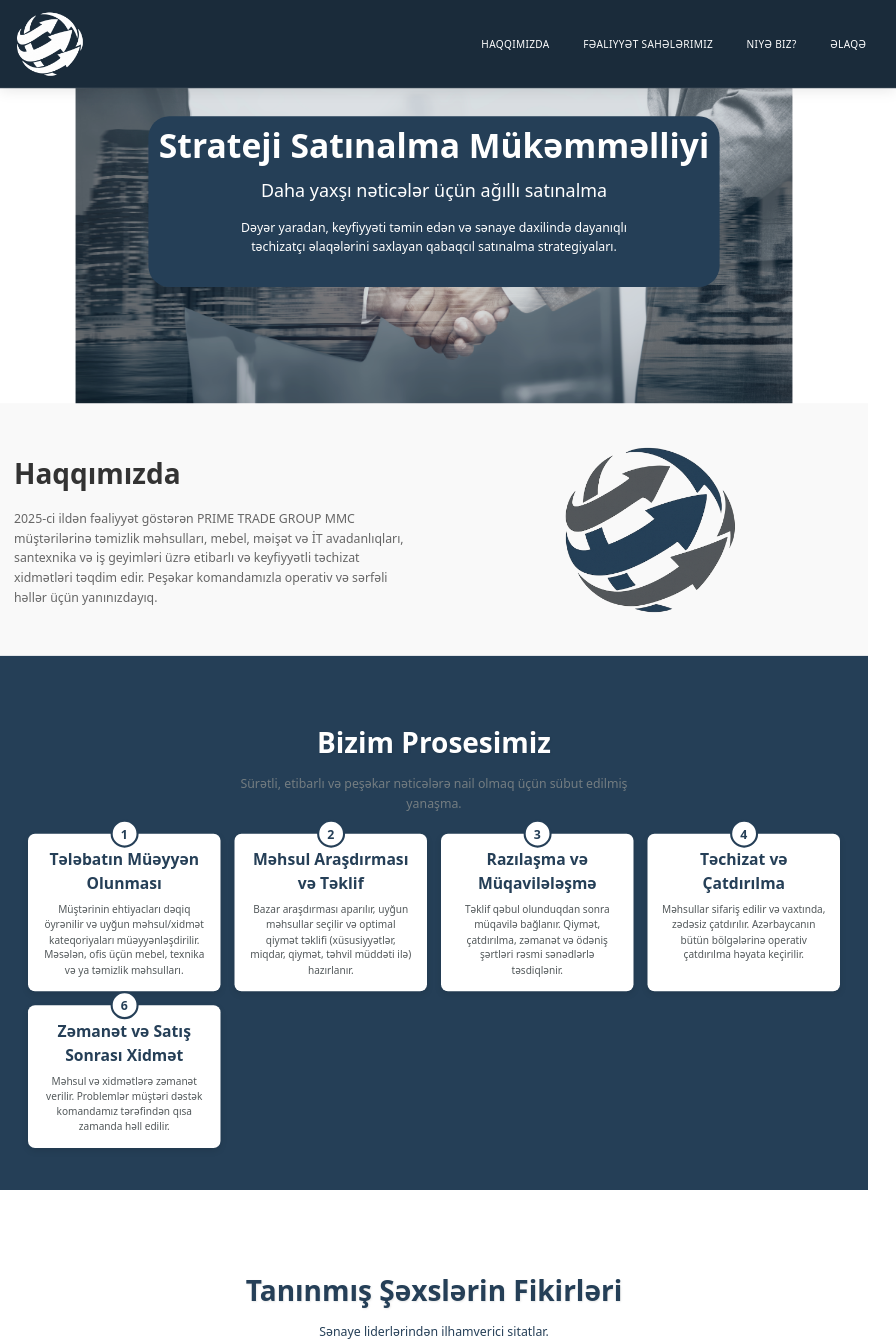
Repository: ferhadsultan98/primetradegroup
Page: /
These files come from the project's save history. The page is drawn as it stood at one moment and after the next save; the edit follows.
The browser window is 1280 px wide. The pictures show the part of the page from y = 0 to 1920 px (the page is 4893 px tall before and 4953 px after), at 70% of full size.
The page's requests for data from a server got no answer. The project was rebuilt for these pictures with package versions that can differ from the ones it lists, and the page was loaded fresh each time. No one was signed in, and anything a server would have sent is missing. Also part of the build but not shown: vite.config.js, src/Components/Mainlayout/MainLayout.scss, src/Pages/About/About.scss, src/Components/SectionHeader/SectionHeader.scss, src/Components/BreadCrumb/BreadCrumb.scss, src/Components/BreadCrumb/BreadCrumb.jsx, src/Components/SectionHeader/SectionHeader.jsx, src/Pages/About/About.jsx and 21 more.

Above is the page before, as saved 2025-08-09 15:19:32.

### index.html
<!doctype html>
<html lang="en">
 <head>
  <meta charset="UTF-8" />
  <meta name="viewport" content="width=device-width, initial-scale=1.0" />
  <title>PRIME TRADE GROUP</title>
  <link rel="shortcut icon" href="./public/assets/ptglogo.png" type="image/x-icon" />

  <!-- SEO Keywords: Procurement, Supply Chain, Tender (AZ, EN, RU) -->
  <meta name="keywords" content="
    satınalma, tender, təchizat zənciri, logistika, dövlət satınalmaları, idxal-ixrac, müqavilə idarəetməsi, anbarda idarəetmə,
    procurement, public procurement, supply chain, tenders, logistics, contract management, import-export, sourcing,
    закупки, тендеры, логистика, цепочка поставок, государственные закупки, импорт, контрактное управление
  " />


  <meta name="description" content="PRIME TRADE GROUP — satınalma, tender idarəçiliyi, təchizat və logistika sahəsində peşəkar xidmətlər təklif edən qabaqcıl şirkətdir." />


  <meta name="author" content="PRIME TRADE GROUP" />


  <meta name="robots" content="index, follow" />


  <meta property="og:title" content="PRIME TRADE GROUP" />
  <meta property="og:description" content="Satınalma, tender, təchizat və logistika sahəsində peşəkar həllər." />
  <meta property="og:image" content="https://primetradegroup.az/assets/lightlogo-C0YSJfqf.png" />
  <meta property="og:url" content="https://primetradegroup.com" />
  <meta property="og:type" content="website" />
  <meta property="og:locale" content="az_AZ" />


  <meta name="twitter:card" content="summary_large_image" />
  <meta name="twitter:title" content="PRIME TRADE GROUP" />
  <meta name="twitter:description" content="Tender və satınalma sahəsində güvənli partnyorunuz." />
  <meta name="twitter:image" content="https://example.com/preview-image.png" />
</head>

  <body>
    <div id="root"></div>
    <script type="module" src="/src/main.jsx"></script>
  </body>
</html>

### src/Components/Mainlayout/Mainlayout.jsx
import React from 'react';
import Header from '../Common/Header/Header';
import Footer from '../Common/Footer/Footer';
import './MainLayout.scss'

const MainLayout = ({ children }) => {
  return (
    <div>
      <Header />
     <main className='mainLayout'>{children}</main>
      <Footer />
    </div>
  );
};

export default MainLayout;

### src/Components/ScrollTopBtn/ScrollTopBtn.jsx
import React, { useState, useEffect } from 'react';
import { FaArrowUp } from 'react-icons/fa';
import './ScrollTopBtn.scss';

const ScrollTopBtn = () => {
  const [isVisible, setIsVisible] = useState(false);

  // Show button when page is scrolled down
  useEffect(() => {
    const toggleVisibility = () => {
      if (window.pageYOffset > 300) {
        setIsVisible(true);
      } else {
        setIsVisible(false);
      }
    };

    window.addEventListener('scroll', toggleVisibility);
    return () => window.removeEventListener('scroll', toggleVisibility);
  }, []);

  // Scroll to top smoothly
  const scrollToTop = () => {
    window.scrollTo({
      top: 0,
      behavior: 'smooth',
    });
  };

  return (
    <div className={`scroll-to-top ${isVisible ? 'visible' : ''}`}>
      <button onClick={scrollToTop} aria-label="Scroll to top">
        <FaArrowUp />
      </button>
    </div>
  );
};

export default ScrollTopBtn;

### src/App.css
@import url('https://fonts.googleapis.com/css2?family=Montserrat+Alternates:ital,wght@0,100;0,200;0,300;0,400;0,500;0,600;0,700;0,800;0,900;1,100;1,200;1,300;1,400;1,500;1,600;1,700;1,800;1,900&family=Quicksand:wght@300..700&display=swap');

body {
  /* font-family: 'Montserrat Alternates', 'Quicksand', sans-serif; */
font-family: system-ui, -apple-system, BlinkMacSystemFont, 'Segoe UI', Roboto, Oxygen, Ubuntu, Cantarell, 'Open Sans', 'Helvetica Neue', sans-serif;
  margin: 0;
  padding: 0;
   /* background: linear-gradient(90deg, #253f57 0%, #253f57 100%); */
}
*{
    margin: 0;
    padding: 0;
    box-sizing: border-box;
}
/* body{

      font-family: 'Montserrat Alternates', 'Quicksand', sans-serif;
} */
 /* Webkit tabanlı tarayıcılar (Chrome, Safari, Edge) için */
::-webkit-scrollbar {
    width: 45px; /* Kaydırma çubuğu genişliği */

}

::-webkit-scrollbar-track {
    background: transparent; /* Parça arka planı saydam */
}

::-webkit-scrollbar-thumb {
    background: #1a2b3a; /* Kaydırma çubuğu rengi */
    border-radius: 10px; /* Yuvarlak kenarlar */
}

::-webkit-scrollbar-thumb:hover {
    background: #2c3e50; /* Üzerine gelindiğinde daha açık renk (opsiyonel) */
}

::-webkit-scrollbar-button {
    display: none !important; /* Okları zorla gizler */
    width: 0; /* Genişlik sıfır */
    height: 0; /* Yükseklik sıfır */
}

/* Firefox için */
* {
    scrollbar-width: thin; /* İnce kaydırma çubuğu */
    scrollbar-color: #1a2b3a transparent; /* Kaydırma çubuğu rengi ve saydam arka plan */
}

/* Ekstra güvenlik için tüm elementlerde okları kaldırma */
html, body, div, section, article, aside, main {
    scrollbar-width: thin;
    scrollbar-color: #1a2b3a transparent;
}
button{
    outline: none;
}

### src/Components/ScrollTopBtn/ScrollTopBtn.scss
.scroll-to-top {
  position: fixed;
  bottom: 20px;
  right: 20px;
  opacity: 0;
  visibility: hidden;
  transition: all 0.3s ease-in-out;
  z-index: 1;

  &.visible {
    opacity: 1;
    visibility: visible;
  }

  button {
    background: linear-gradient(135deg, #253f57 0%, #52585a 100%);
    color: white;
    border: none;
    border-radius: 50%;
    width: 50px;
    height: 50px;
    cursor: pointer;
    display: flex;
    align-items: center;
    justify-content: center;
    box-shadow: 0 2px 5px rgba(0, 0, 0, 0.2);
    transition: background-color 0.3s ease, transform 0.3s ease;

    svg {
      font-size: 20px;
    }

    &:hover {
      background-color: white;
      transform: scale(1.1);
    }

    &:focus {
      outline: none;
      box-shadow: 0 0 0 3px rgba(0, 123, 255, 0.3);
    }
  }
}

### src/Pages/Home/HomeSection.scss
.homeSection {
  position: relative;
  width: 100%;
  overflow: hidden;
  background: #ffffff;

  .HeroSectioncontentWrapper {
    max-width: 1200px;
    padding: 0 20px;
    margin: 0 auto;
  }

  .sectionTitle {
    font-size: 2.5rem;
    font-weight: 700;
    color: #253f57;
    text-align: center;
    margin: 40px 0 20px;
  }

  .sectionDescription {
    font-size: 1.1rem;
    color: #52585a;
    text-align: center;
    max-width: 600px;
    margin: 0 auto 30px;
  }

  .sliderContainer {
    position: relative;
    width: 80vw;
    height: 80vh;
    margin: 0 auto;
    padding: 180px 0;

    .slideItem {
      position: absolute;
      top: 0;
      left: 0;
      width: 100%;
      height: 100%;
      opacity: 0;
      transition: opacity 1.2s ease-in-out;
      display: flex;
      align-items: center;
      justify-content: center;

      &.slideActive {
        opacity: 1;
      }

      .slideImage {
        width: 100%;
        height: 100%;
        object-fit: cover;
        position: absolute;
        top: 0;
        left: 0;
        z-index: 1;
      }

      .slideOverlay {
        position: absolute;
        top: 0;
        left: 0;
        width: 100%;
        height: 100%;
        background: rgba(37, 63, 87, 0.15);
        display: flex;
        align-items: center;
        justify-content: center;
        z-index: 2;

        .HeroSectioncontentWrapper {
          .slideContent {
            text-align: center;
            color: #ffffff;
            animation: slideContentFadeIn 1.5s ease-out;
            background: #253f57;
            padding: 15px;
            border-radius: 30px;


            .slideTitle {
              font-size: 3rem;
              font-weight: 700;
              margin: 0 0 20px;
            }

            .slideSubtitle {
              font-size: 1.6rem;
              font-weight: 300;
              margin: 0 0 20px;
            }

            .slideDescription {
              font-size: 1.1rem;
              max-width: 600px;
              margin: 0 auto 30px;
            }
          }
        }
      }
    }
  }

  @keyframes slideContentFadeIn {
    0% {
      opacity: 0;
      transform: translateY(30px);
    }
    100% {
      opacity: 1;
      transform: translateY(0);
    }
  }

  @media screen and (max-width: 768px) {
    .HeroSectioncontentWrapper {
      padding: 0 15px;
    }

    .sectionTitle {
      font-size: 2rem;
    }

    .sectionDescription {
      font-size: 1rem;
    }

    .sliderContainer {
      .slideItem {
        .slideOverlay {
          .HeroSectioncontentWrapper {
            .slideContent {
              .slideTitle {
                font-size: 2.5rem;
              }

              .slideSubtitle {
                font-size: 1.4rem;
              }

              .slideDescription {
                font-size: 1rem;
              }
            }
          }
        }
      }
    }
  }

  @media screen and (max-width: 480px) {
    .sectionTitle {
      font-size: 1.8rem;
    }

    .sectionDescription {
      font-size: 0.9rem;
    }

    .sliderContainer {
      .slideItem {
        .slideOverlay {
          .HeroSectioncontentWrapper {
            .slideContent {
              .slideTitle {
                font-size: 2rem;
              }

              .slideSubtitle {
                font-size: 1.2rem;
              }

              .slideDescription {
                font-size: 0.9rem;
              }
            }
          }
        }
      }
    }
  }

  @media screen and (min-width: 1440px) {
    .HeroSectioncontentWrapper {
      max-width: 1400px;
      padding: 0 40px;
    }

    .sectionTitle {
      font-size: 3rem;
    }

    .sectionDescription {
      font-size: 1.2rem;
    }

    .sliderContainer {
      .slideItem {
        .slideOverlay {
          .HeroSectioncontentWrapper {
            .slideContent {
              .slideTitle {
                font-size: 3.5rem;
              }

              .slideSubtitle {
                font-size: 1.8rem;
              }

              .slideDescription {
                font-size: 1.2rem;
              }
            }
          }
        }
      }
    }
  }
}

### src/Pages/Home/TestimonialSection/TestimonialSection.jsx
import React from 'react';
import './TestimonialSection.scss';

const TestimonialsSection = () => {
  const testimonials = [
    {
      quote: "Keyfiyyət təsadüf deyil, daim ağıllı səylərin nəticəsidir.",
      author: "John Ruskin"
    },
    {
      quote: "Etibar – qazanılması çətin, itirilməsi isə ani olan ən dəyərli kapitaldır.",
      author: "Warren Buffett"
    },
    {
      quote: "Təchizat zənciri işləri çox mürəkkəbdir.",
      author: "Elon Musk"
    }
  ];

  return (
    <section className="testimonialsSection">
      <div className="contentWrapper">
        <h2 className="sectionTitle">Tanınmış Şəxslərin Fikirləri</h2>
        <p className="sectionDescription">Sənaye liderlərindən ilhamverici sitatlar.</p>
        <div className="testimonialsGrid">
          {testimonials.map((testimonial, index) => (
            <div key={index} className="testimonialCard">
              <p className="testimonialQuote">{testimonial.quote}</p>
              <p className="testimonialAuthor">{testimonial.author}</p>
            </div>
          ))}
        </div>
      </div>
    </section>
  );
};

export default TestimonialsSection;

### src/Pages/Home/CTASection/CTASection.jsx
import React from "react";
import "./CTASection.scss";
import { useTranslation } from "react-i18next"
import { Link } from "react-router-dom";

const CTASection = () => {

  const { t } = useTranslation();

  return (
    <div className="ctaSection">
      <div className="ctaContent">
        <div className="ctaTitle">{t("contact.cta.title")}</div>
        <div className="ctaText">{t("contact.cta.text")}</div>
        <div className="ctaButtons">
          <Link to='' className="ctaButtonPrimary">
            {t("contact.cta.buttons.consultation")}
          </Link>
          <Link className="ctaButtonSecondary">
            {t("contact.cta.buttons.quote")}
          </Link>
        </div>
      </div>
    </div>
  );
};

export default CTASection;

### src/Pages/Home/ProcessSection/ProcessSection.jsx
import React from "react";
import "./ProcessSection.scss";

const ProcessSection = () => {
  const processData = {
    title: "Bizim Prosesimiz",
    description: "Sürətli, etibarlı və peşəkar nəticələrə nail olmaq üçün sübut edilmiş yanaşma.",
    steps: {
      demandIdentification: {
        step: "1",
        title: "Tələbatın Müəyyən Olunması",
        description: "Müştərinin ehtiyacları dəqiq öyrənilir və uyğun məhsul/xidmət kateqoriyaları müəyyənləşdirilir. Məsələn, ofis üçün mebel, texnika və ya təmizlik məhsulları."
      },
      productResearch: {
        step: "2",
        title: "Məhsul Araşdırması və Təklif",
        description: "Bazar araşdırması aparılır, uyğun məhsullar seçilir və optimal qiymət təklifi (xüsusiyyətlər, miqdar, qiymət, təhvil müddəti ilə) hazırlanır."
      },
      agreement: {
        step: "3",
        title: "Razılaşma və Müqavilələşmə",
        description: "Təklif qəbul olunduqdan sonra müqavilə bağlanır. Qiymət, çatdırılma, zəmanət və ödəniş şərtləri rəsmi sənədlərlə təsdiqlənir."
      },
      supplyDelivery: {
        step: "4",
        title: "Təchizat və Çatdırılma",
        description: "Məhsullar sifariş edilir və vaxtında, zədəsiz çatdırılır. Azərbaycanın bütün bölgələrinə operativ çatdırılma həyata keçirilir."
      },

      warrantyService: {
        step: "6",
        title: "Zəmanət və Satış Sonrası Xidmət",
        description: "Məhsul və xidmətlərə zəmanət verilir. Problemlər müştəri dəstək komandamız tərəfindən qısa zamanda həll edilir."
      }
    }
  };

  return (
    <div className="processSection">
      <div className="contentWrapper">
        <h2 className="sectionTitle">{processData.title}</h2>
        <p className="sectionDescription">{processData.description}</p>
        <div className="processGrid">
          {Object.keys(processData.steps).map((key, index) => (
            <div key={index} className="processCard">
              <div className="stepNumber">{processData.steps[key].step}</div>
              <h3 className="cardTitle">{processData.steps[key].title}</h3>
              <p className="cardDescription">{processData.steps[key].description}</p>
            </div>
          ))}
        </div>
      </div>
    </div>
  );
};

export default ProcessSection;

### src/Pages/Home/HomeAbout/HomeAbout.jsx
import React from 'react';
import './HomeAbout.scss';
import PTGLogo from '../../../../public/assets/ptglogo.png'

const HomeAbout = () => {
  return (
    <section className="homeAboutSection">
      <div className="homeAboutContainer">
        <div className="homeAboutContent">
          <h2 className="homeAboutTitle">Haqqımızda</h2>
          <p className="homeAboutDescription">
            2025-ci ildən fəaliyyət göstərən PRIME TRADE GROUP MMC müştərilərinə təmizlik
            məhsulları, mebel, məişət və İT avadanlıqları, santexnika və iş geyimləri üzrə
            etibarlı və keyfiyyətli təchizat xidmətləri təqdim edir. Peşəkar komandamızla
            operativ və sərfəli həllər üçün yanınızdayıq.
          </p>
        </div>
        <div className="homeAboutImageWrapper">
          <img src={PTGLogo} alt="PRIME TRADE GROUP" className="homeAboutImage" />
        </div>
      </div>
    </section>
  );
};

export default HomeAbout;

### src/Pages/Home/ProcessSection/ProcessSection.scss
.processSection {
  padding: 60px 0;
  background: #253f57;

  .contentWrapper {
    max-width: 1200px;
    padding: 0 20px;
    margin: 0 auto;
  }

  .sectionTitle {
    font-size: 2.5rem;
    font-weight: 700;
    color: #ffffff;
    text-align: center;
    margin: 40px 0 20px;
  }

  .sectionDescription {
    font-size: 1.1rem;
    color: #747d81;
    text-align: center;
    max-width: 600px;
    margin: 0 auto 30px;
  }

  .processGrid {
    display: grid;
    grid-template-columns: repeat(auto-fit, minmax(220px, 1fr));
    gap: 20px;

    .processCard {
      background: #ffffff;
      padding: 20px;
      border-radius: 10px;
      box-shadow: 0 4px 10px rgba(0, 0, 0, 0.1);
      text-align: center;
      position: relative;
      transition: transform 0.3s ease;

      &:hover {
        transform: translateY(-5px);
      }

      .stepNumber {
        position: absolute;
        top: -20px;
        left: 50%;
        transform: translateX(-50%);
        background: #ffffff;
        color: #253f57;
        width: 40px;
        height: 40px;
        border-radius: 50%;
        display: flex;
        align-items: center;
        justify-content: center;
        font-size: 1.1rem;
        font-weight: 600;
        border: 3px solid #253f57;
      }

      .cardTitle {
        font-size: 1.4rem;
        font-weight: 600;
        color: #253f57;
        margin-bottom: 10px;
      }

      .cardDescription {
        font-size: 0.9rem;
        color: #52585a;
      }
    }
  }

  @media screen and (max-width: 768px) {
    .contentWrapper {
      padding: 0 15px;
    }

    .sectionTitle {
      font-size: 2rem;
    }

    .sectionDescription {
      font-size: 1rem;
    }

    .processSection {
      padding: 40px 0;
    }

    .processGrid .processCard {
      padding: 15px;
    }
  }

  @media screen and (max-width: 480px) {
    .sectionTitle {
      font-size: 1.8rem;
    }

    .sectionDescription {
      font-size: 0.9rem;
    }

    .processGrid .processCard {
      .cardTitle {
        font-size: 1.2rem;
      }

      .cardDescription {
        font-size: 0.85rem;
      }
    }
  }

  @media screen and (min-width: 1440px) {
    .contentWrapper {
      max-width: 1400px;
      padding: 0 40px;
    }

    .sectionTitle {
      font-size: 3rem;
    }

    .sectionDescription {
      font-size: 1.2rem;
    }
  }
}

### src/Pages/Home/HomeAbout/HomeAbout.scss
.homeAboutSection {
  padding: 60px 20px;
  background-color: #f9f9f9;
}

.homeAboutContainer {
  max-width: 1200px;
  margin: 0 auto;
  display: flex;
  flex-direction: row;
  align-items: center;
  gap: 40px;
}

.homeAboutContent {
  flex: 1;
}

.homeAboutTitle {
  font-size: 2.5rem;
  font-weight: 700;
  color: #333;
  margin-bottom: 20px;
}

.homeAboutDescription {
  font-size: 1.1rem;
  line-height: 1.6;
  color: #666;
}

.homeAboutImageWrapper {
  flex: 1;
  display: flex;
  justify-content: center;
  align-items: center;
}

.homeAboutImage {
  width: 100%;
  max-width: 250px; /* Reduced size for desktop */
  height: auto;
  border-radius: 8px;
  object-fit: contain;
}

@media (max-width: 768px) {
  .homeAboutContainer {
    flex-direction: column;
    gap: 20px;
  }

  .homeAboutContent {
    text-align: center;
  }

  .homeAboutTitle {
    font-size: 2rem;
  }

  .homeAboutDescription {
    font-size: 1rem;
  }

  .homeAboutImageWrapper {
    width: 100%;
    max-width: 400px;
  }

  .homeAboutImage {
    max-width: 200px; /* Reduced size for tablets */
  }
}

@media (max-width: 480px) {
  .homeAboutSection {
    padding: 40px 15px;
  }

  .homeAboutTitle {
    font-size: 1.8rem;
  }

  .homeAboutDescription {
    font-size: 0.9rem;
  }

  .homeAboutImageWrapper {
    width: 100%;
  }

  .homeAboutImage {
    max-width: 150px; /* Reduced size for mobile */
  }
}

### src/Pages/Home/FAQSection/FAQSection.scss
.faqContainer {
  line-height: 1.6;
  color: #333;
  background: #253f57;

  .HomeFAQcontainerWrapper {
    margin: 0 auto;
    padding: 60px;
    max-width: 1200px;
  }

  .faqSection {
    .sectionTitle {
      text-align: center;
      font-size: 2.5rem;
      color: #ffffff;
      font-weight: 600;
      margin-bottom: 60px;
    }

    .faqList {
      display: flex;
      flex-direction: column;
      gap: 20px;

      .faqCard {
        background: white;
        padding: 30px;
        border-radius: 12px;
        box-shadow: 0 8px 30px rgba(37, 63, 87, 0.1);
        transition: transform 0.3s ease, box-shadow 0.3s ease;
        border-top: 4px solid #1a2b3a;

        &:hover {
          transform: translateY(-5px);
          box-shadow: 0 15px 40px rgba(37, 63, 87, 0.15);
        }

        .faqHeader {
          display: flex;
          justify-content: space-between;
          align-items: center;
          cursor: pointer;

          .faqQuestion {
            font-size: 1.3rem;
            color: #253f57;
            font-weight: 600;
            margin: 0;
            flex: 1;
          }

          .faqIcon {
            width: 24px;
            height: 24px;
            color: #253f57;
            flex-shrink: 0;
          }
        }

        .faqContent {
          margin-top: 20px;

          .faqAnswer {
            font-size: 1rem;
            color: #666;
            line-height: 1.7;
          }
        }
      }
    }
  }

  @media (max-width: 768px) {
    .HomeFAQcontainerWrapper {
      padding: 30px 15px;
    }

    .faqSection {
      .sectionTitle {
        font-size: 2rem;
      }

      .faqList {
        gap: 15px;

        .faqCard {
          padding: 20px;
        }
      }
    }
  }

  @media (max-width: 480px) {
    .HomeFAQcontainerWrapper {
      padding: 20px 10px;
    }

    .faqSection {
      .sectionTitle {
        font-size: 1.8rem;
        margin-bottom: 40px;
      }

      .faqList {
        .faqCard {
          padding: 15px;

          .faqHeader {
            .faqQuestion {
              font-size: 1.1rem;
            }
          }

          .faqContent {
            .faqAnswer {
              font-size: 0.9rem;
            }
          }
        }
      }
    }
  }
}

Loaded but not shown: src/main.jsx (common file); src/index.css (common file); src/Languages/RU/RU.json (385 lines, source omitted); src/Languages/EN/EN.json (385 lines, source omitted); src/Languages/AZ/AZ.json (361 lines, source omitted); src/Languages/i18n.js (38 lines, source omitted); src/Components/Common/Header/Header.scss (355 lines, source omitted); src/Components/Common/Footer/Footer.scss (331 lines, source omitted); src/Components/Common/Header/Header.jsx (149 lines, source omitted); src/Components/Common/Footer/Footer.jsx (128 lines, source omitted); src/Pages/Home/FAQSection/FAQSection.jsx (83 lines, source omitted); src/Pages/Home/HomeSection.jsx (97 lines, source omitted); src/App.jsx (122 lines, source omitted); src/Pages/Home/CTASection/CTASection.scss (132 lines, source omitted); src/Pages/Home/TestimonialSection/TestimonialSection.scss (173 lines, source omitted)

After the next save:
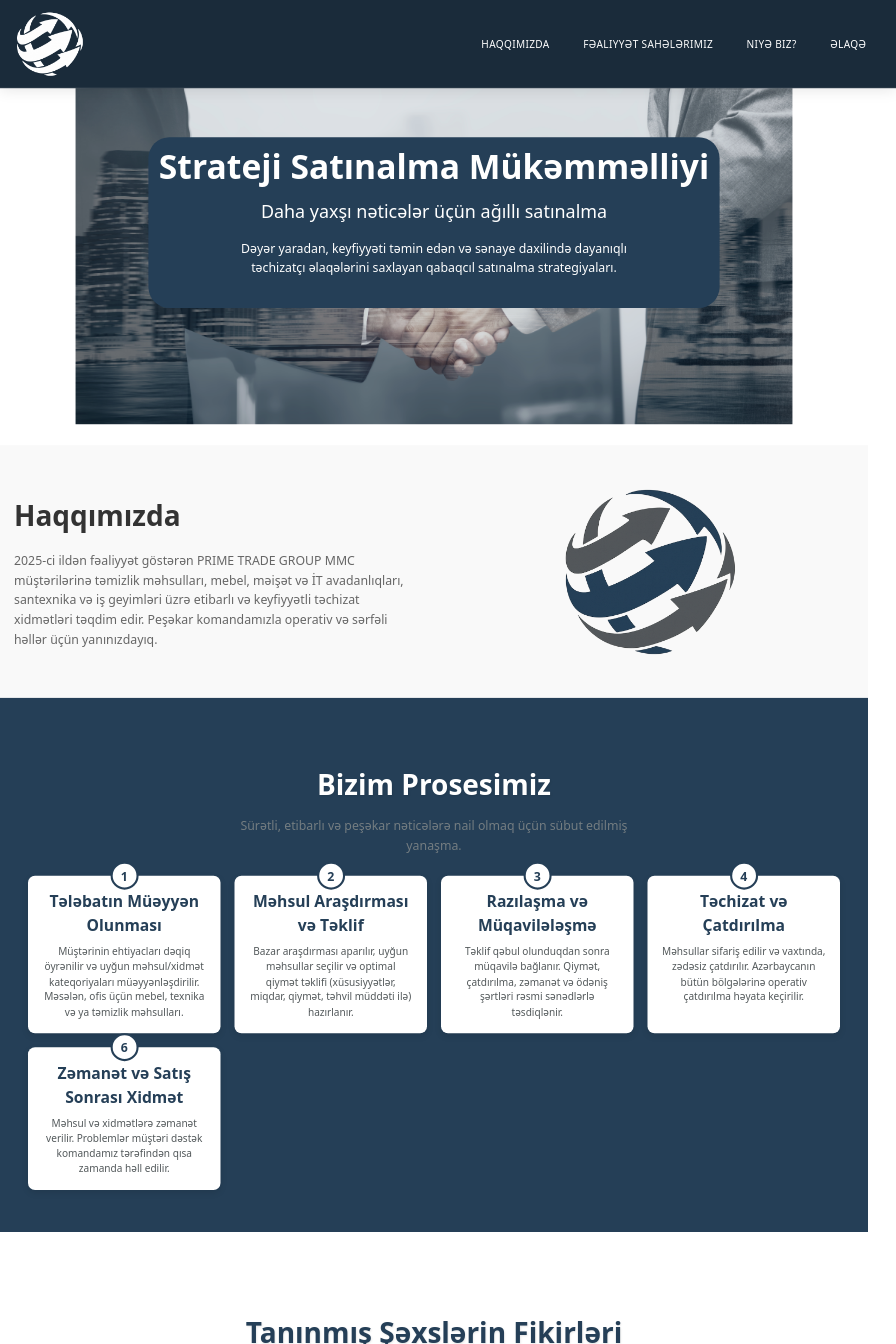
Saved 8 s later.
--- a/src/Pages/Home/HomeSection.scss
+++ b/src/Pages/Home/HomeSection.scss
@@ -30,8 +30,8 @@
     position: relative;
     width: 80vw;
     height: 80vh;
-    margin: 0 auto;
-    padding: 180px 0;
+    margin: 30px auto;
+
 
     .slideItem {
       position: absolute;
